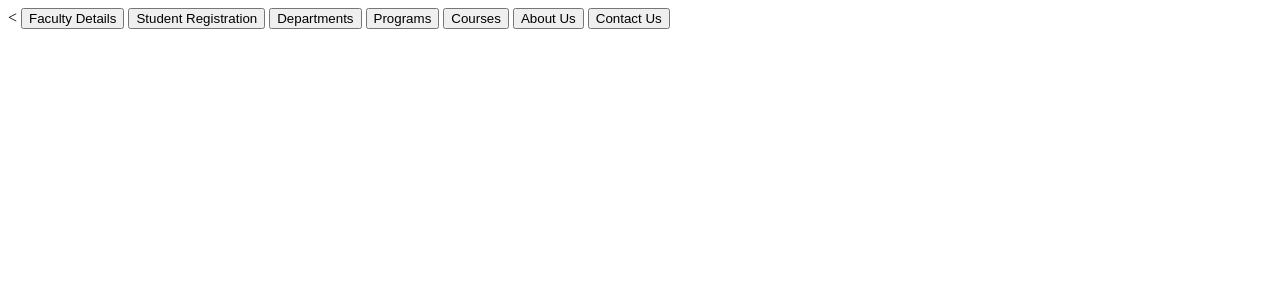
Repository: DatabaseCOSC578/eclipse-workspace11
Page: http://localhost/cosc57/Home.jsp
An editor plug-in stored every save of this project. The page is shown before and after the next save, followed by the edit.
The browser window is 1280 px wide. The pictures show the whole page.
The page is served by Tomcat 9. Nobody is signed in. The application's start-up code is not run.

Above is the page before, as saved 2018-04-14 20:02:52.

After the next save:
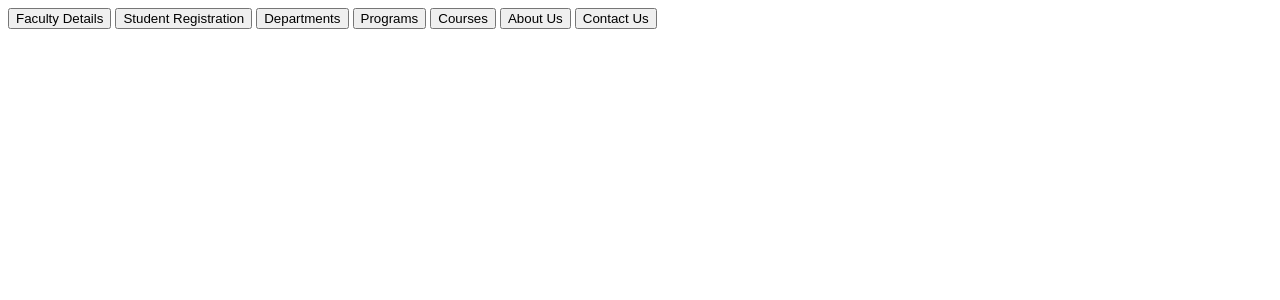
Saved 20 s later.
--- a/cosc57/WebContent/Home.jsp
+++ b/cosc57/WebContent/Home.jsp
@@ -4,7 +4,7 @@
 <html>
 <head>
 <meta http-equiv="Content-Type" content="text/html; charset=UTF-8">
-<<title>Welcome to Prince Georges Bla BLa</title>
+<title>Welcome to Prince Georges Bla BLa</title>
 </head>
 <body>
 
